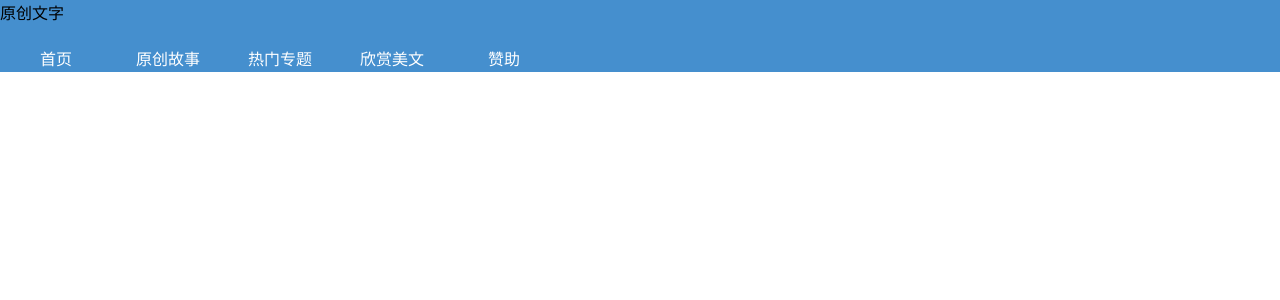
Repository: equation-zheng/Article
Page: http://localhost/Idles/
The author's editor kept a copy of each file at every save. The page is drawn from the files as they stood at one save, then again after the next save.
The browser window is 1280 px wide. The pictures show the whole page.
The page is served by Tomcat 9.

Above is the page before, as saved 2017-12-05 08:51:43.

After the next save:
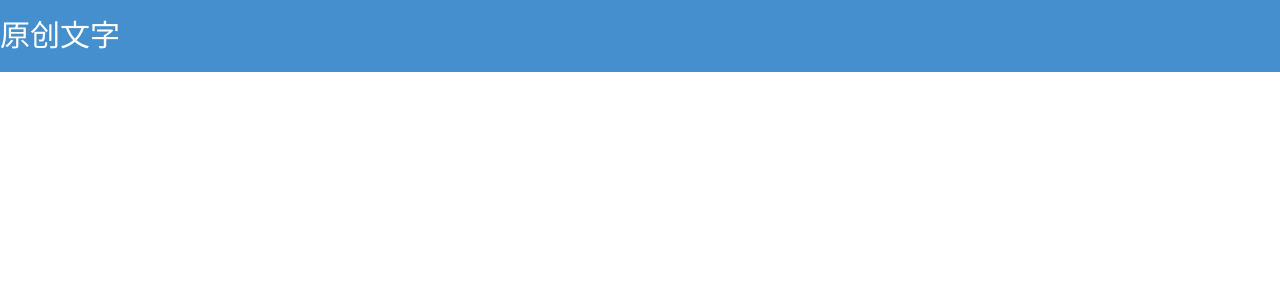
Saved 92 s later.
--- a/Service/apache-tomcat-7.0.82/Idles/WebContent/index.jsp
+++ b/Service/apache-tomcat-7.0.82/Idles/WebContent/index.jsp
@@ -18,6 +18,12 @@
 		background: #458fce;
 	}
 	.header .logo {
+		color: #fff;
+		line-height: 72px;
+		font-size: 30px;
+		maring-left: 20px;
+		display: inline-block;
+		font-weight: 500;
 	}
 	.header ul li {
 		float: left;
